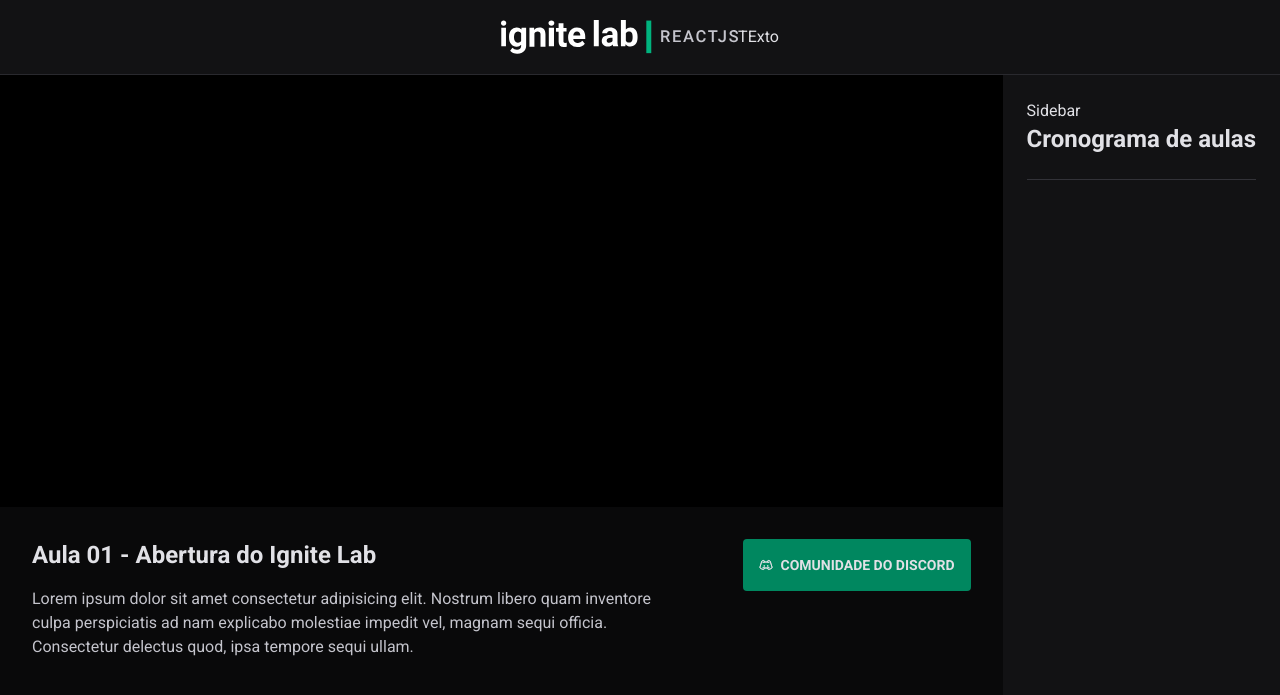
Repository: weltergab/Event_Plataform-IgniteLab
Page: /event
An editor plug-in stored every save of this project. The page is shown before and after the next save, followed by the edit.
The browser window is 1280 px wide. The pictures show the whole page.
The page's requests for data from a server got no answer. The project was rebuilt for these pictures with package versions that can differ from the ones it lists, and the page was loaded fresh each time. No one was signed in, and anything a server would have sent is missing. Also part of the build but not shown: vite.config.ts, src/components/Lesson.tsx.

Above is the page before, as saved 2022-06-25 20:14:26.

After the next save:
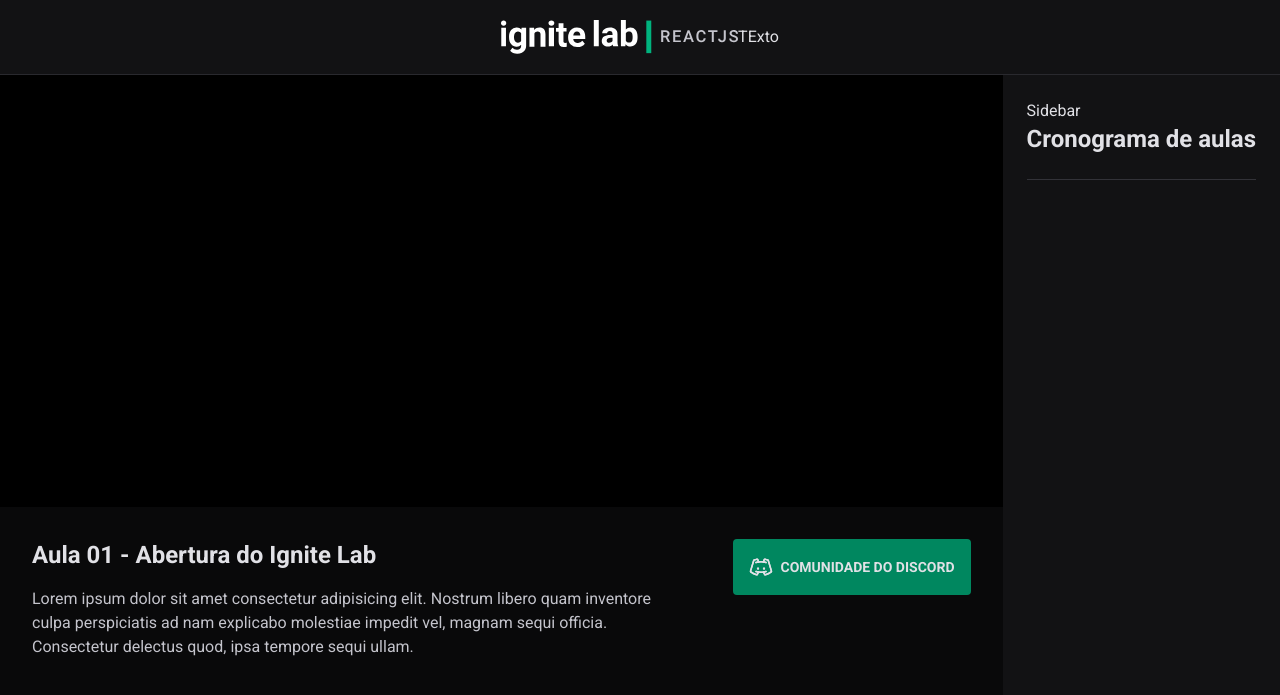
Saved 15 s later.
--- a/src/components/Video.tsx
+++ b/src/components/Video.tsx
@@ -18,7 +18,7 @@
                     </div>
                     <div className="flex flex-col gap-4">
                         <a href="" className="p-4 text-sm bg-green-500 flex items-center rounded font-bold uppercase gap-2 justify-center">
-                            <DiscordLogo />
+                            <DiscordLogo size={24}/>
                             Comunidade do discord
                         </a>
                     </div>
